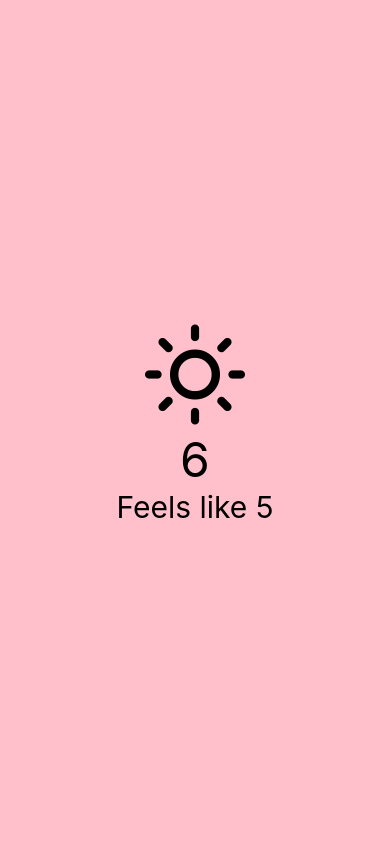
Repository: akinmiday/fcc
Screen: / (app in WeatherApp/)
These files come from the project's save history. The screen is drawn as it stood at one moment and after a run of saves; the edit follows.
The app was drawn by React Native's web renderer in a window 390 px wide. The project was rebuilt for these pictures with package versions that can differ from the ones it lists, and the page was loaded fresh each time. Also part of the build but not shown: WeatherApp/src/components/ListItem.js, WeatherApp/src/components/screens/UpcomingWeather.js, WeatherApp/src/components/IconText.js, WeatherApp/src/components/screens/City.js.

Above is the screen before, as saved 2023-07-20 04:47:50.

After the next 2 saves:
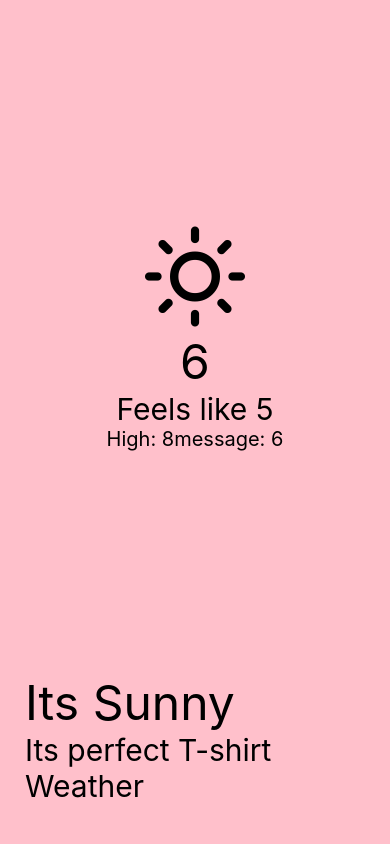
The 2 saves are shown as one change because 1 did not build or start.
The last was saved 2 min 54 s later.
--- a/WeatherApp/src/components/RowText.js
+++ b/WeatherApp/src/components/RowText.js
@@ -8,7 +8,7 @@ const RowText = (props) => {
     containerStyles,
     messageOneStyles,
     messageTwoStyles
-  } = styles
+  } = props
   return (
     <View style={containerStyles}>
       <Text style={messageOneStyles}>{messageOne}</Text>
@@ -17,5 +17,4 @@ const RowText = (props) => {
   )
 }
 
-const styles = StyleSheet.create({})
 export default RowText
